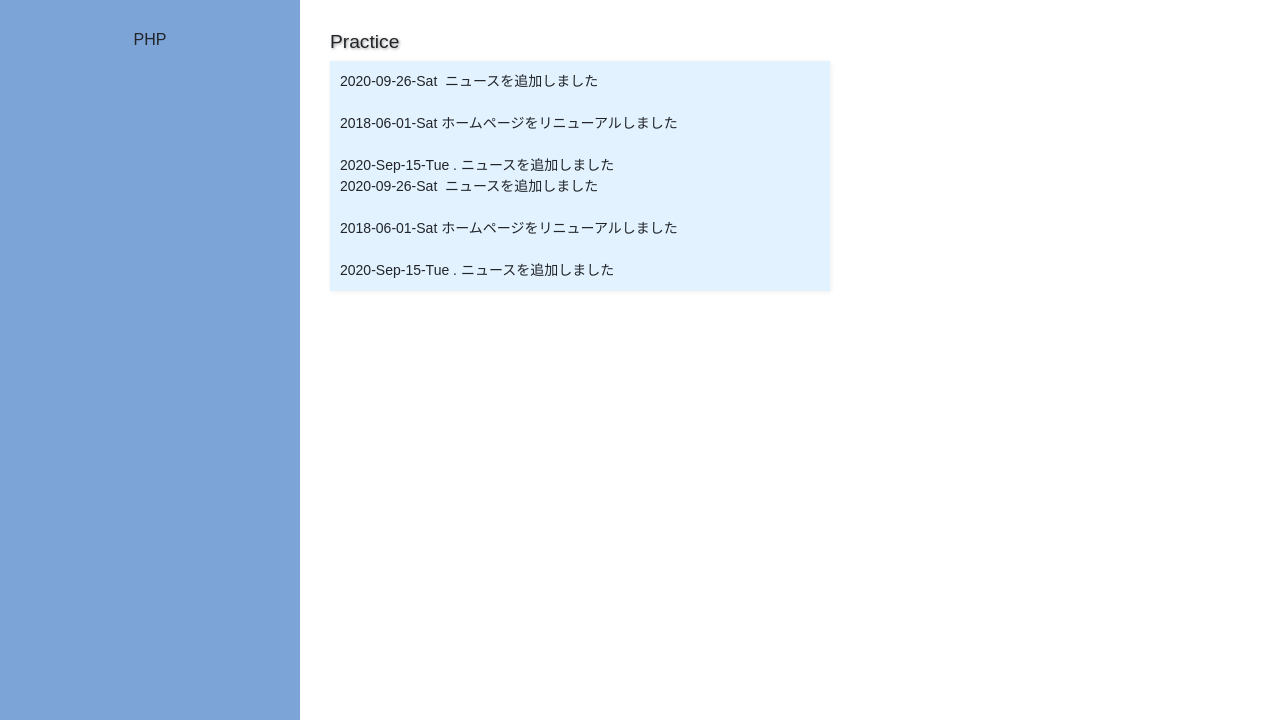
Repository: takeco/practice
Page: http://localhost/php/sample14.php
These files come from the project's save history. The page is drawn as it stood at one moment and after the next save; the edit follows.
The browser window is 1280 px wide. The pictures show the whole page.
The page is run by PHP 8.4 with error messages shown; the project is at /var/www/html/.

Above is the page before, as saved 2020-09-26 09:32:29.

### php/sample14.php
<!doctype html>
<html lang="ja">
<head>
<!-- Required meta tags -->
<meta charset="utf-8">
<meta name="viewport" content="width=device-width, initial-scale=1, shrink-to-fit=no">

<!-- Bootstrap CSS -->
<link rel="stylesheet" href="css/style.css">

<title>PHP</title>
</head>
<body>
<header>
<h1 class="font-weight-normal">PHP</h1>
</header>

<main>
<h2>Practice</h2>
<pre>
<?php
$date = date('Y-M-d-D');
$news = file_get_contents('../news_data/news.txt');
$news .= "$date . ニュースを追加しました\n";
file_put_contents('../news_data/news.txt', $news);
readfile('../news_data/news.txt');
print($news);

// $s = $s . 'add';
// $s .= 'add';

?>
</pre>
</main>
</body>
</html>

### news_data/news.txt
2020-09-26-Sat  ニュースを追加しました

2018-06-01-Sat ホームページをリニューアルしました

### php/css/style.css
@import url(bootstrap.min.css);

body,
pre {
  font-family: "游ゴシック Medium", "游ゴシック体", "Yu Gothic Medium", YuGothic, sans-serif;
}
header {
  text-align: center;
  position: fixed;
  top: 0;
  left: 0;
  width: 300px;
  height: 100vh;
  background-color: #7CA4D7
}
header h1 {
  font-size: 100%;
  margin-top: 30px;
}
header h1 span {
  display: block;
}
main {
  margin-left: 300px;
  padding: 30px;
}
main h2 {
  font-size: 120%;
  text-shadow: 1px 1px 3px #999;
}
main h2 img {
  height: 1em;
}
pre {
  min-height: 100px;
  padding: 10px;
  background-color: #e3f2ff;
  box-shadow: 1px 1px 5px #eee;
  width: 500px;
}
hr {
  border-color: #7CA4D7;
}
.content {
  margin-top: 30px;
}
form {
  margin-top: 50px;
}
time {
  color: #999;
  font-size: 80%;
}
article {
  margin-top: 30px;
}

/* .row-indication{
  font-size: 30px;
  display: flex;
  flex-direction: row;
} */

Loaded but not shown: php/css/bootstrap.min.css (library)

After the next save:
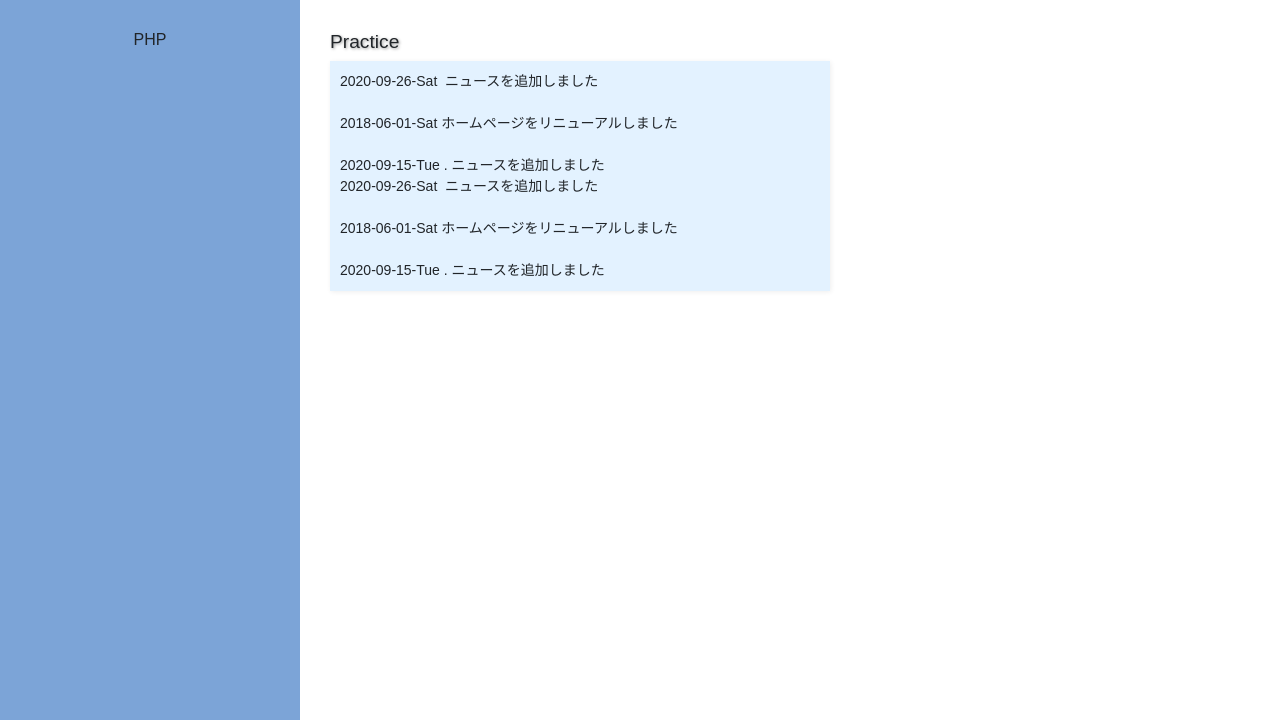
Saved 39 s later.
--- a/php/sample14.php
+++ b/php/sample14.php
@@ -19,7 +19,7 @@
 <h2>Practice</h2>
 <pre>
 <?php
-$date = date('Y-M-d-D');
+$date = date('Y-m-d-D');
 $news = file_get_contents('../news_data/news.txt');
 $news .= "$date . ニュースを追加しました\n";
 file_put_contents('../news_data/news.txt', $news);
